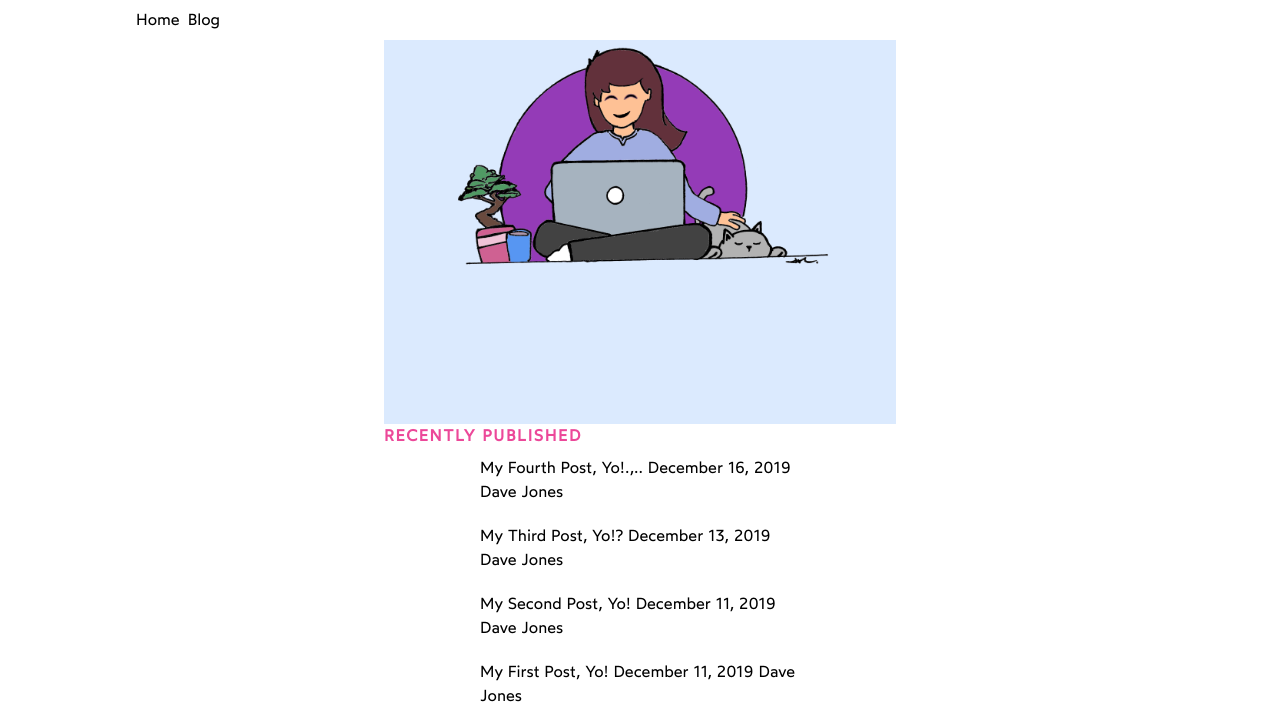
Repository: Risclover/markdown-blog
Page: /
The author's editor kept a copy of each file at every save. The page is drawn from the files as they stood at one save, then again after the next save.
The browser window is 1280 px wide. The pictures show the whole page.
The project was rebuilt for these pictures with package versions that can differ from the ones it lists, and the page was loaded fresh each time.

Above is the page before, as saved 2023-06-28 10:10:18.

### src/index.js
import React from "react";
import ReactDOM from "react-dom/client";
import { BrowserRouter as Router } from "react-router-dom";
import "./fonts/wotfard-cufonfonts-webfont/style.css";

import "./index.css";
import App from "./App";

const root = ReactDOM.createRoot(document.getElementById("root"));
root.render(
  <Router>
    <App />
  </Router>
);

### src/fonts/wotfard-cufonfonts-webfont/style.css
/* #### Generated By: http://www.cufonfonts.com #### */

    @font-face {
    font-family: 'Wotfard Regular';
    font-style: normal;
    font-weight: normal;
    src: local('Wotfard Regular'), url('Wotfard-Regular.woff') format('woff');
    }

### src/index.css
*,
*::before,
*::after {
  box-sizing: border-box;
}
* {
  margin: 0;
}
body {
  line-height: 1.5;
  min-height: 100vh;
  -webkit-font-smoothing: antialiased;
}
img,
picture,
video,
canvas,
svg {
  display: block;
  max-width: 100%;
}
input,
button,
textarea,
select {
  font: inherit;
}
p,
h1,
h2,
h3,
h4,
h5,
h6 {
  overflow-wrap: break-word;
}
#root,
#__next {
  isolation: isolate;
}

### src/App.js
import "./App.css";
import { Route, Routes } from "react-router-dom";
import Home from "./pages/Home";
import NavBar from "./components/NavBar";

function App() {
  return (
    <div class="bg-white-100 min-h-screen">
      <div class="max-w-screen-lg m-auto">
        <NavBar />
        <Routes>
          <Route path="/" element={<Home />} />
        </Routes>
      </div>
    </div>
  );
}

export default App;

### src/pages/Home.js
import React, { useEffect } from "react";
import postList from "../posts.json";
import HomeHeader from "../components/HomeHeader";

export default function Home() {
  console.log(postList);

  postList.sort((a, b) => {
    let aPost = a.timestamp;
    let bPost = b.timestamp;

    return bPost - aPost;
  });

  return (
    <div className="container max-w-lg font-sans mx-auto">
      <HomeHeader />
      <h2 className="uppercase text-base font-semibold tracking-widest text-pink-500">
        Recently Published
      </h2>
      <div className="grid grid-cols-1 gap-1 grid-flow-row">
        {postList.map((post) => (
          <div key={post.id} className="container px-24 py-2 bg-white">
            {post.title} {post.date} {post.author}
          </div>
        ))}
      </div>
    </div>
  );
}

### src/components/NavBar.js
import React from "react";

export default function NavBar() {
  return (
    <div class="py-2">
      <ul class="flex">
        <li class="mx-2">Home</li>
        <li>Blog</li>
      </ul>
    </div>
  );
}

### src/posts.json
[{"id":4,"title":"My Third Post, Yo!?","subtitle":"No subtitle given","description":"No description given","author":"Dave Jones","date":"December 13, 2019","timestamp":1576224000,"content":"\nWelcome to My Blog. _It's a beautiful thing._ I hope you'll have as much fun reading my posts as I have writing them. Well, before we go any further, allow me to introduce myself. I'm Dave Jones. I'm 34, and from Montreal, Canada.\n"},{"id":3,"title":"My Second Post, Yo!","subtitle":"No subtitle given","description":"No description given","author":"Dave Jones","date":"December 11, 2019","timestamp":1576051200,"content":"\nWelcome to My Blog. _It's a beautiful thing._ I hope you'll have as much fun reading my posts as I have writing them. Well, before we go any further, allow me to introduce myself. I'm Dave Jones. I'm 34, and from Montreal, Canada.\n"},{"id":2,"title":"My Fourth Post, Yo!.,..","subtitle":"No subtitle given","description":"No description given","author":"Dave Jones","date":"December 16, 2019","timestamp":1576483200,"content":"\nWelcome to My Blog. _It's a beautiful thing._ I hope you'll have as much fun reading my posts as I have writing them. Well, before we go any further, allow me to introduce myself. I'm Dave Jones. I'm 34, and from Montreal, Canada.\n"},{"id":1,"title":"My First Post, Yo!","subtitle":"This is a subtitle.","description":"Happy Pride month! In this tutorial, I'll share a handful of my favourite animation tricks. You'll learn how to build an animated wavy pride flag using CSS keyframes and linear gradients. We'll also see how to make it dynamic using React. 🏳️‍🌈","author":"Dave Jones","date":"December 11, 2019","timestamp":1576051200,"content":"\nWelcome to My Blog. _It's a beautiful thing._ I hope you'll have as much fun reading my posts as I have writing them. Well, before we go any further, allow me to introduce myself. I'm Dave Jones. I'm 34, and from Montreal, Canada.\n"}]

### src/components/HomeHeader.js
import React from "react";
import Avatar from "../images/avatar.png";
export default function HomeHeader() {
  return (
    <div class="h-96 bg-blue-100 flex-col justify-end">
      <div>
        <img class="w-9/12 m-auto" src={Avatar} />
      </div>
    </div>
  );
}

### tailwind.config.js
/** @type {import('tailwindcss').Config} */
module.exports = {
  content: [
    "./app/**/*.{js,ts,jsx,tsx,mdx}",
    "./pages/**/*.{js,ts,jsx,tsx,mdx}",
    "./components/**/*.{js,ts,jsx,tsx,mdx}",

    // Or if using `src` directory:
    "./src/**/*.{js,ts,jsx,tsx,mdx}",
  ],
  theme: {
    fontFamily: {
      sans: ["Wotfard Regular", "sans-serif"],
    },
    extend: {},
  },
  plugins: [],
};

Loaded but not shown: public/index.html (common file); src/App.css (common file)

After the next save:
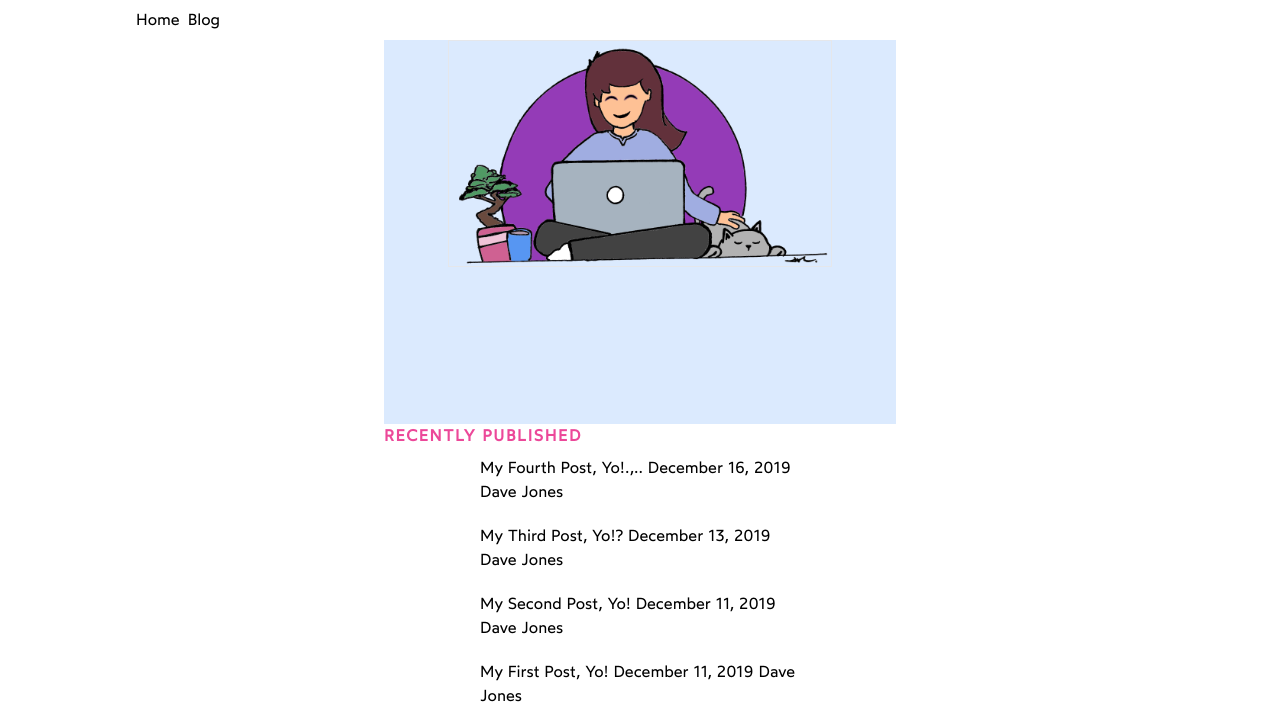
Saved 15 s later.
--- a/src/components/HomeHeader.js
+++ b/src/components/HomeHeader.js
@@ -4,7 +4,7 @@
   return (
     <div class="h-96 bg-blue-100 flex-col justify-end">
       <div>
-        <img class="w-9/12 m-auto" src={Avatar} />
+        <img class="w-9/12 m-auto border" src={Avatar} />
       </div>
     </div>
   );

After the save that followed:
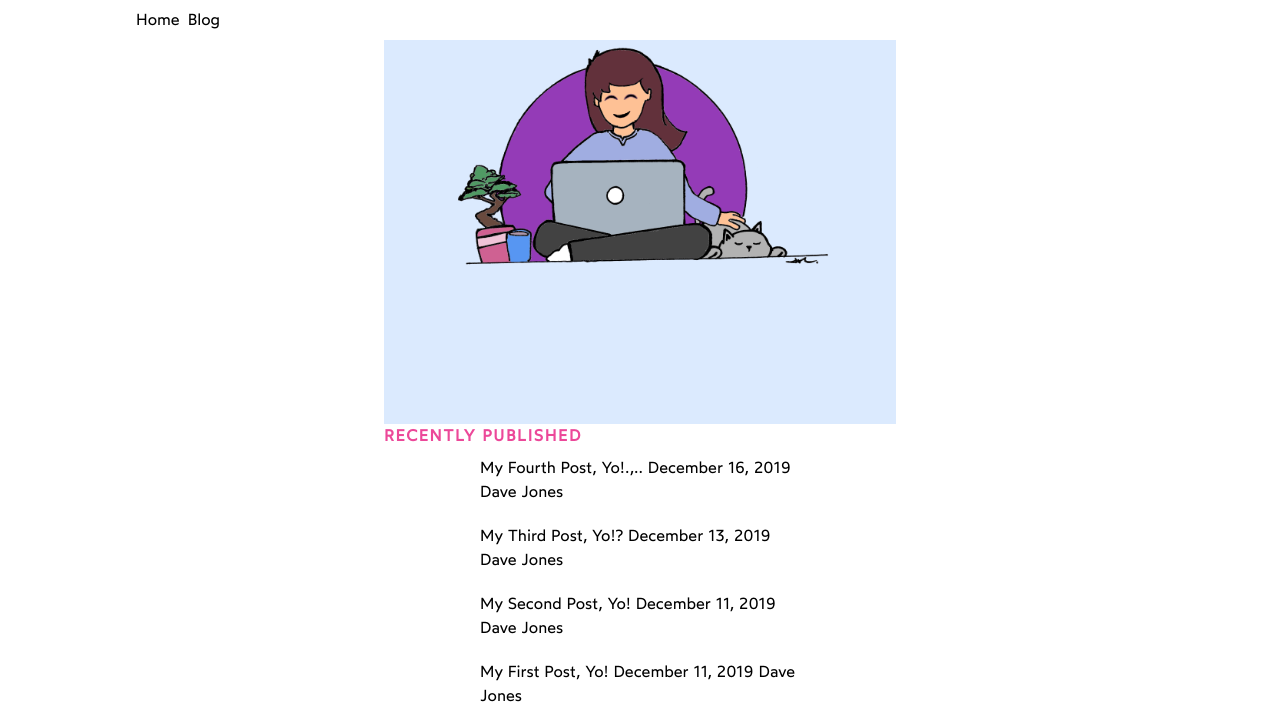
Saved 4 s later.
--- a/src/components/HomeHeader.js
+++ b/src/components/HomeHeader.js
@@ -4,7 +4,7 @@
   return (
     <div class="h-96 bg-blue-100 flex-col justify-end">
       <div>
-        <img class="w-9/12 m-auto border" src={Avatar} />
+        <img class="w-9/12 m-auto border-black" src={Avatar} />
       </div>
     </div>
   );
